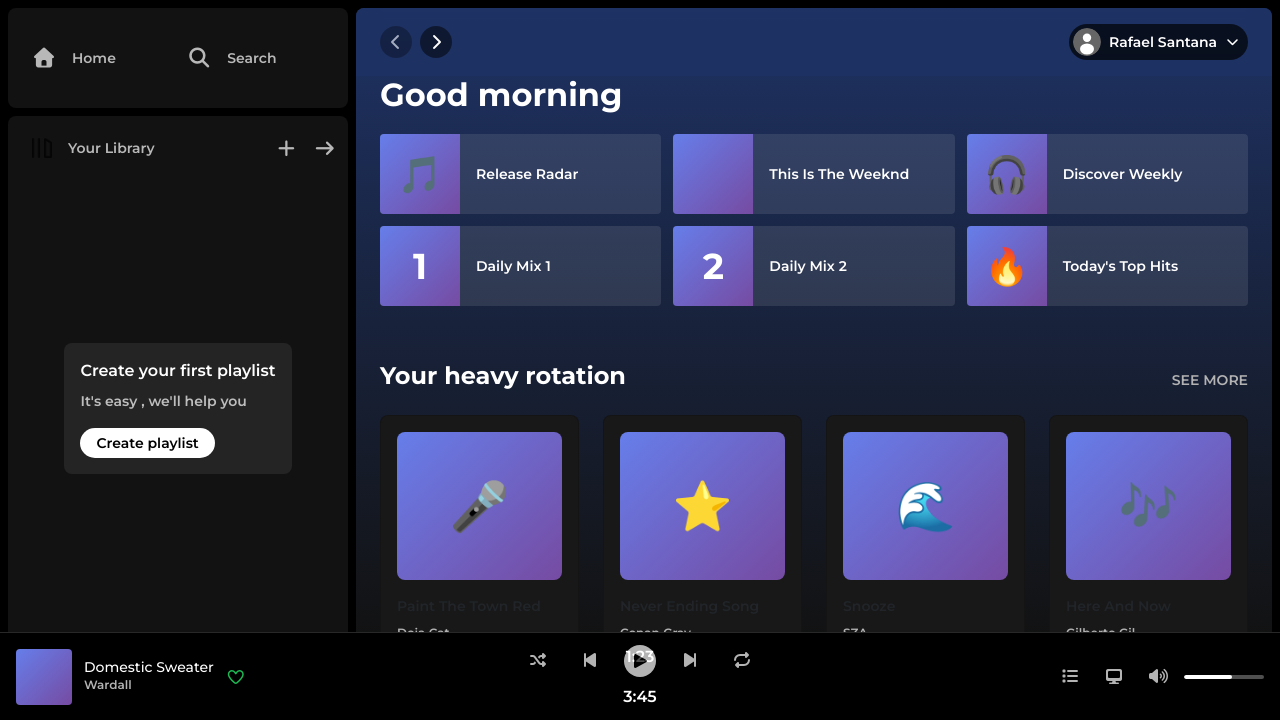
Repository: ketanBisht/spotifyFrontEnd
Page: index.html
These files come from the project's save history. The page is drawn as it stood at one moment and after the next save; the edit follows.
The browser window is 1280 px wide. The pictures show the whole page.
An inner scrolling area shows only its first screen. Some web fonts or font styles are not loaded; a fallback is used. Some web libraries are served in a nearby version.

Above is the page before, as saved 2025-08-26 15:23:55.

After the next save:
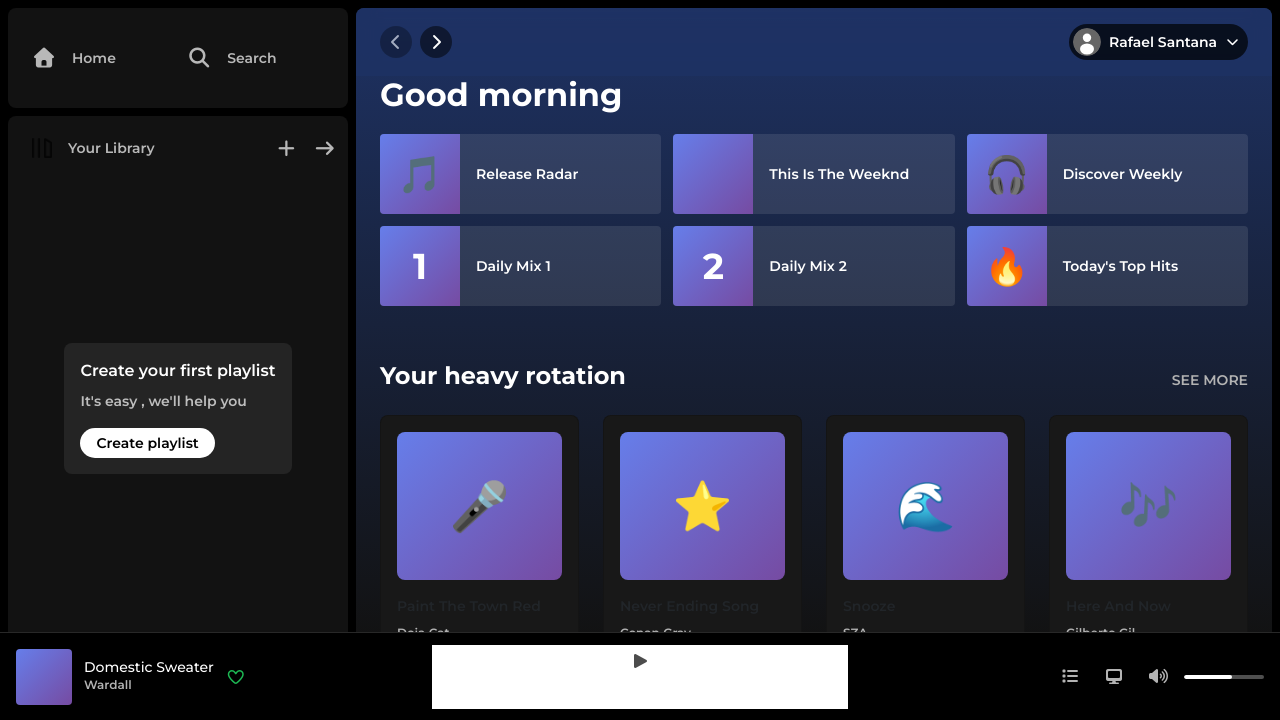
Saved 47 s later.
--- a/try.css
+++ b/try.css
@@ -652,7 +652,7 @@
             align-items: center;
             gap: 8px;
             width: 100%;
-            color: white;
+            background-color:  white;
         }
 
         .time{
